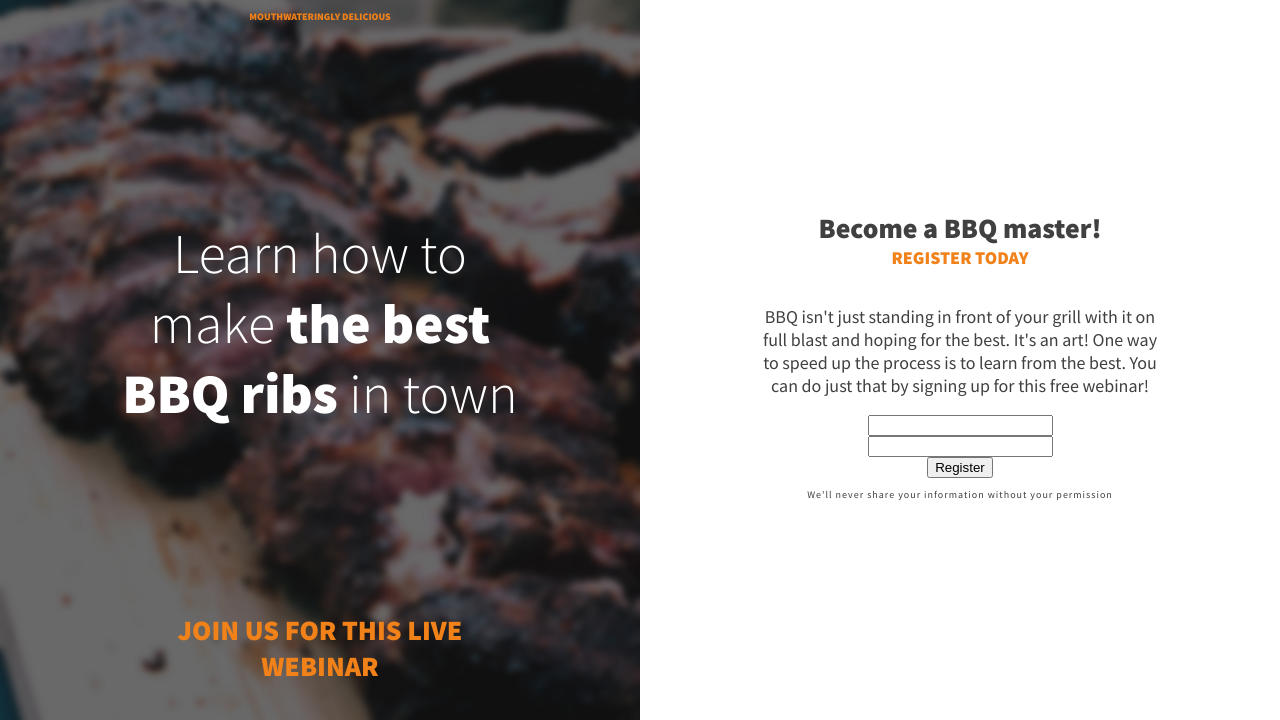
Repository: Doumham-Armah/BBQ-landing-page
Page: index.html
An editor plug-in stored every save of this project. The page is shown before and after the next save, followed by the edit.
The browser window is 1280 px wide. The pictures show the whole page.

Above is the page before, as saved 2021-09-04 21:07:09.

After the next save:
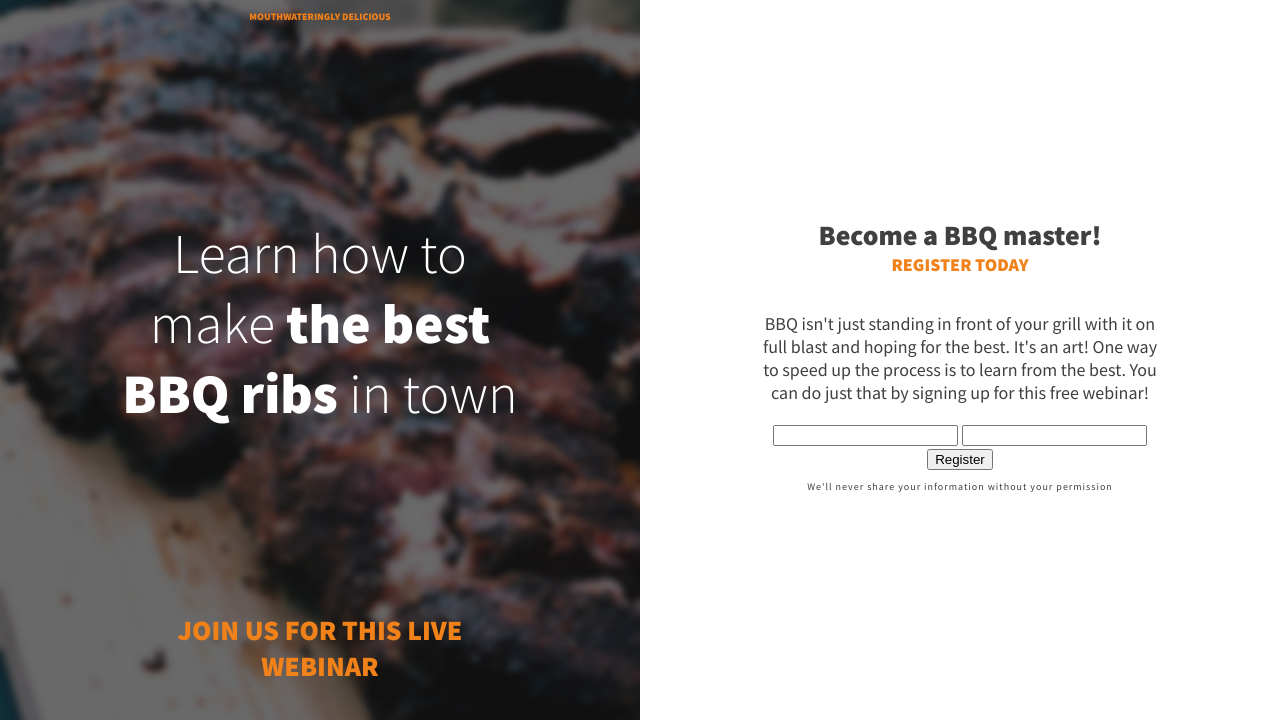
Saved 28 s later.
--- a/index.html
+++ b/index.html
@@ -26,9 +26,12 @@
         learn from the best. You can do just that by signing up for this free
         webinar!
       </p>
-      <input type="text" />
-      <input type="text" />
-      <button class="btn register-btn">Register</button>
+      <form action="">
+        <input type="text" />
+        <input type="text" />
+        <button class="btn register-btn">Register</button>
+      </form>
+
       <p class="fine-print">
         We'll never share your information without your permission
       </p>
